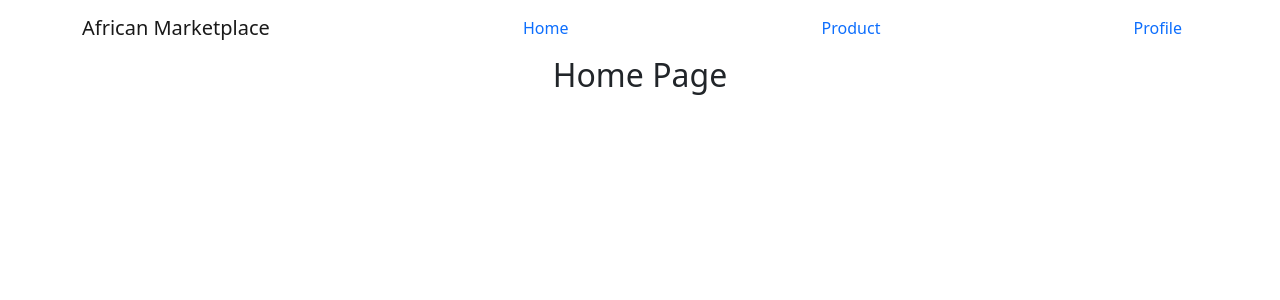
Repository: NelsonMaldonado/AfricanMarketplace
Page: / (app in african-marketplace/)
An editor plug-in stored every save of this project. The page is shown before and after a run of saves, followed by the edit.
The browser window is 1280 px wide. The pictures show the whole page.
The project was rebuilt for these pictures with package versions that can differ from the ones it lists, and the page was loaded fresh each time.

Above is the page before, as saved 2021-08-23 08:04:01.

### african-marketplace/src/App.js
import "./App.css";
import Home from "./component/home";
import NavigationBar from "./component/navigation-bar";
import Page404 from "./component/404";
import { BrowserRouter, Route, SWitch } from "react-router-dom";

function App() {
  return (
    <div className="App">
      <NavigationBar />

      <BrowserRouter>
        <switch>
          <Route exact path="/">
            <Home />
          </Route>
          <Route path="/"> </Route>
          <Route path="/"> </Route>
        </switch>
      </BrowserRouter>
    </div>
  );
}

export default App;

### african-marketplace/src/component/home.js
import React from "react";


export default function Home(props) {
  return (
    <div>
      <h2>Home Page</h2>

    </div>
  );
}

### african-marketplace/src/component/navigation-bar.js
import { Navbar, Nav, Container } from "react-bootstrap";
import "bootstrap/dist/css/bootstrap.min.css";

export default function NavigationBar(props) {
  return (
    <Navbar>
      <Container>
        <Navbar.Brand href="#">African Marketplace</Navbar.Brand>
        <Nav.Link href="#">Home</Nav.Link>
        <Nav.Link href="#">Product</Nav.Link>
        <Nav.Link href="#">Profile</Nav.Link>
      </Container>
    </Navbar>
  );
}

### african-marketplace/src/component/404.js
import React from "react";
import { Link } from "react-router-dom";

export default function Page404(props) {
  return (
    <div>
      <h2>Page Not Found</h2>

      <p>
        Return back to <Link to="/">Home Page</Link>
      </p>
    </div>
  );
}

Loaded but not shown: african-marketplace/public/index.html (common file); african-marketplace/src/index.js (common file); african-marketplace/src/index.css (common file); african-marketplace/src/reportWebVitals.js (common file); african-marketplace/src/App.css (common file)

After the next 6 saves:
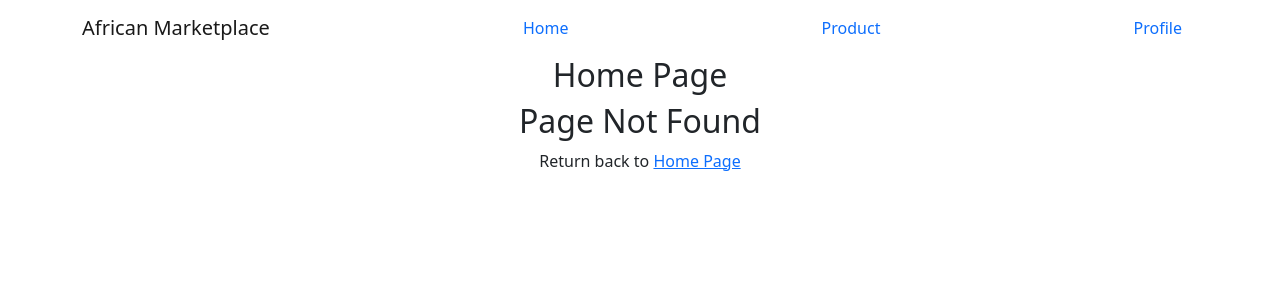
The 6 saves are shown as one change because they came seconds apart.
The last was saved 19 s later.
--- a/african-marketplace/src/App.js
+++ b/african-marketplace/src/App.js
@@ -16,6 +16,9 @@
           </Route>
           <Route path="/"> </Route>
           <Route path="/"> </Route>
+          <Route>
+            <Page404 />
+          </Route>
         </switch>
       </BrowserRouter>
     </div>

After the 2 saves that followed:
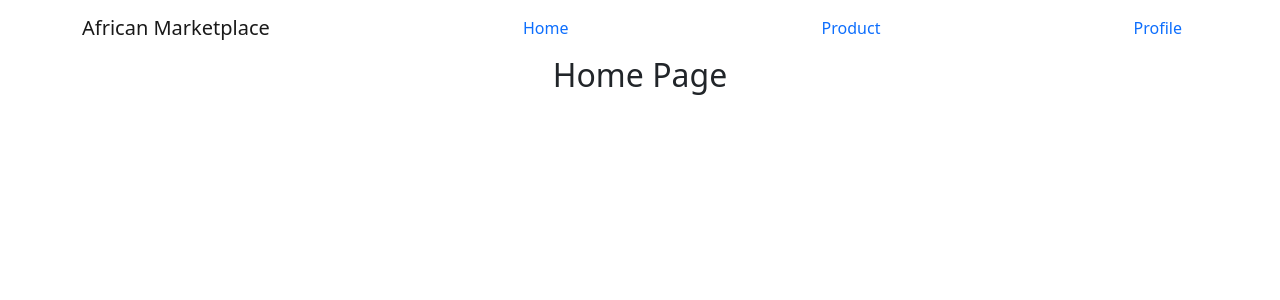
The 2 saves are shown as one change because 1 did not build or start.
The last was saved 37 s later.
--- a/african-marketplace/src/App.js
+++ b/african-marketplace/src/App.js
@@ -2,7 +2,7 @@
 import Home from "./component/home";
 import NavigationBar from "./component/navigation-bar";
 import Page404 from "./component/404";
-import { BrowserRouter, Route, SWitch } from "react-router-dom";
+import { BrowserRouter, Route, Switch } from "react-router-dom";
 
 function App() {
   return (
@@ -10,7 +10,7 @@
       <NavigationBar />
 
       <BrowserRouter>
-        <switch>
+        <Switch>
           <Route exact path="/">
             <Home />
           </Route>
@@ -19,7 +19,7 @@
           <Route>
             <Page404 />
           </Route>
-        </switch>
+        </Switch>
       </BrowserRouter>
     </div>
   );
